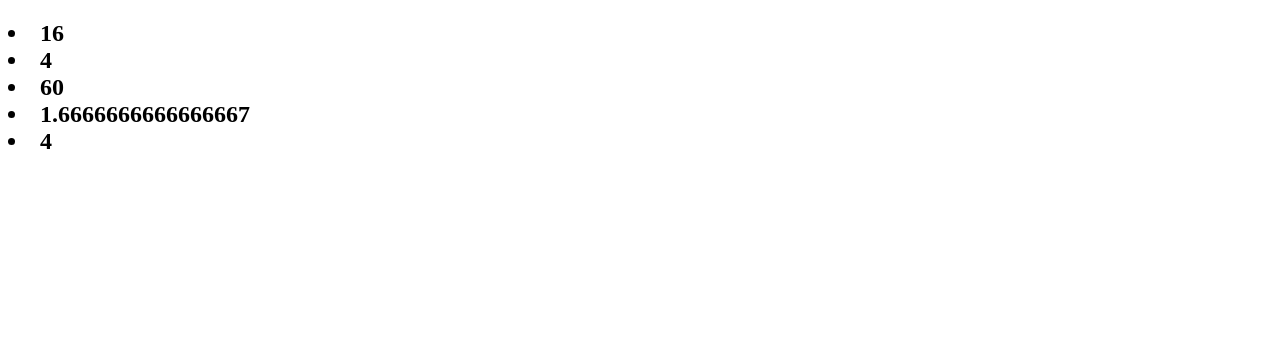
Repository: shinsil0601/webstudy
Page: 03_JavaScript/src/main/webapp/day03/ex01_Number.html
These files come from the project's save history. The page is drawn as it stood at one moment and after the next save; the edit follows.
The browser window is 1280 px wide. The pictures show the whole page.

Above is the page before, as saved 2023-06-29 01:08:53.

### 03_JavaScript/src/main/webapp/day03/ex01_Number.html
<!DOCTYPE html>
<html>
<head>
<meta charset="UTF-8">
<title>Insert title here</title>
<script type="text/javascript">
	var s1 = 10;
	var s2 = 6;
	document.write("<h2>");
	document.write("<li>"+(s1+s2)+"</li>");
	document.write("<li>"+(s1-s2)+"</li>");
	document.write("<li>"+(s1*s2)+"</li>");
	document.write("<li>"+(s1/s2)+"</li>");
	document.write("<li>"+(s1%s2)+"</li>");
	document.write("</h2>");


</script>
</head>
<body>

</body>
</html>

After the next save:
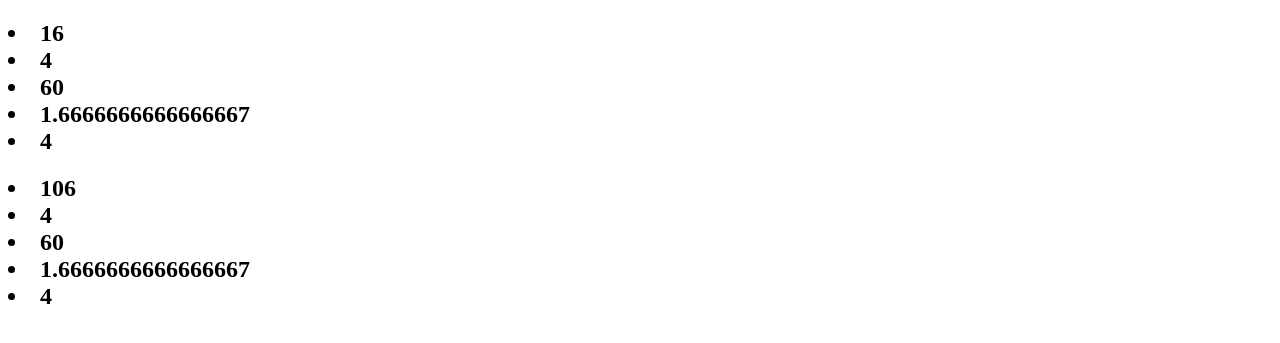
Saved 4 min 13 s later.
--- a/03_JavaScript/src/main/webapp/day03/ex01_Number.html
+++ b/03_JavaScript/src/main/webapp/day03/ex01_Number.html
@@ -14,6 +14,18 @@
 	document.write("<li>"+(s1%s2)+"</li>");
 	document.write("</h2>");
 
+	s1 = "10";
+	s2 = "6";
+	document.write("<h2>");
+	document.write("<li>"+(s1+s2)+"</li>");
+	document.write("<li>"+(s1-s2)+"</li>");
+	document.write("<li>"+(s1*s2)+"</li>");
+	document.write("<li>"+(s1/s2)+"</li>");
+	document.write("<li>"+(s1%s2)+"</li>");
+	document.write("</h2>");
+
+
+
 
 </script>
 </head>
